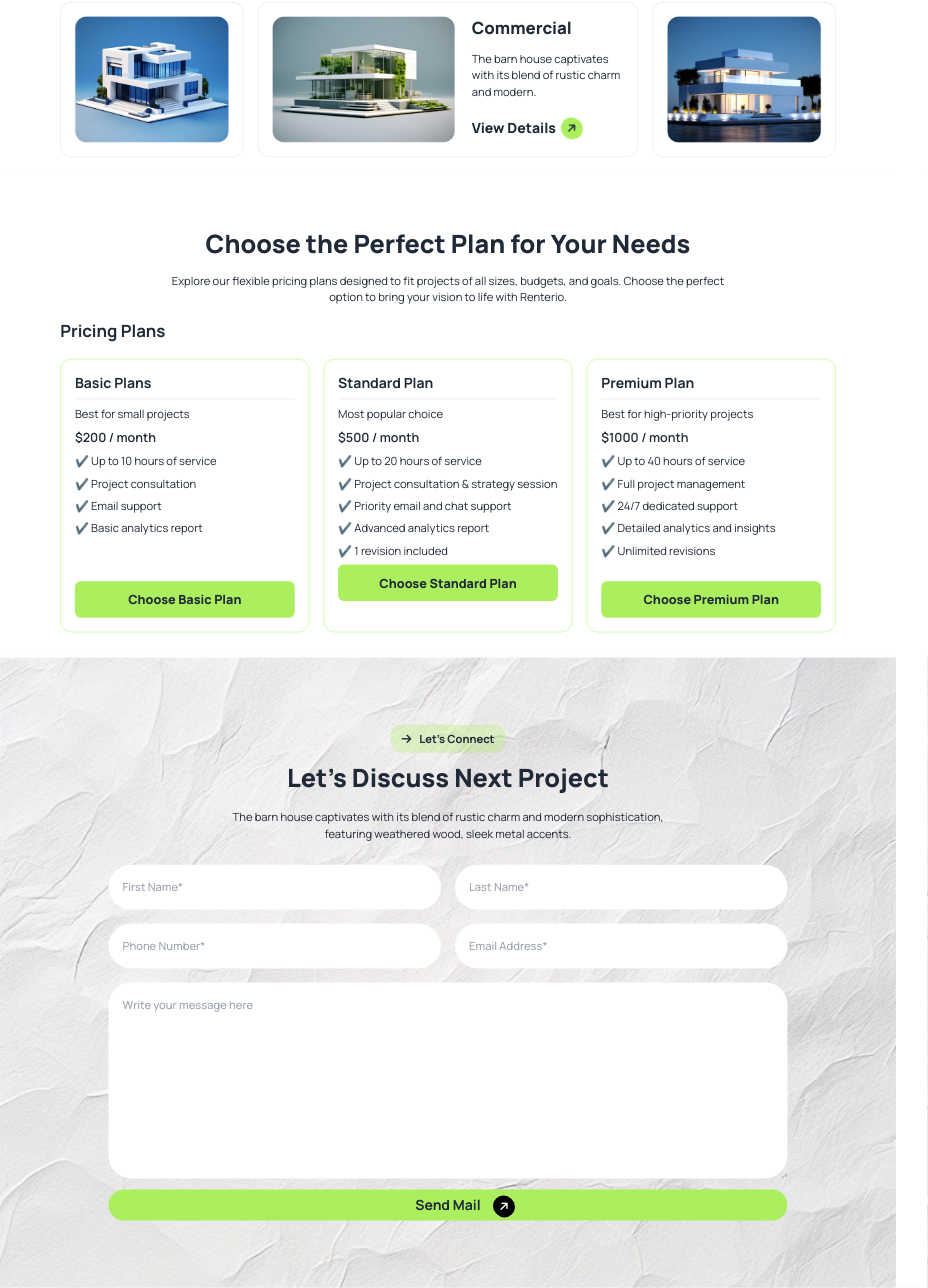
Repository: Tanvir4312/assignment-03
Page: index.html
An editor plug-in stored every save of this project. The page is shown before and after the next save, followed by the edit.
The browser window is 1280 px wide. The page is 1325 px wide, so the pictures cover 1325 px, including what lies to the right of the window. The pictures show the part of the page from y = 2818 to 4658 px (the page is 4658 px tall), at 70% of full size.
Some web libraries are served in a nearby version.

Above is the page before, as saved 2024-10-30 21:25:19.

After the next save:
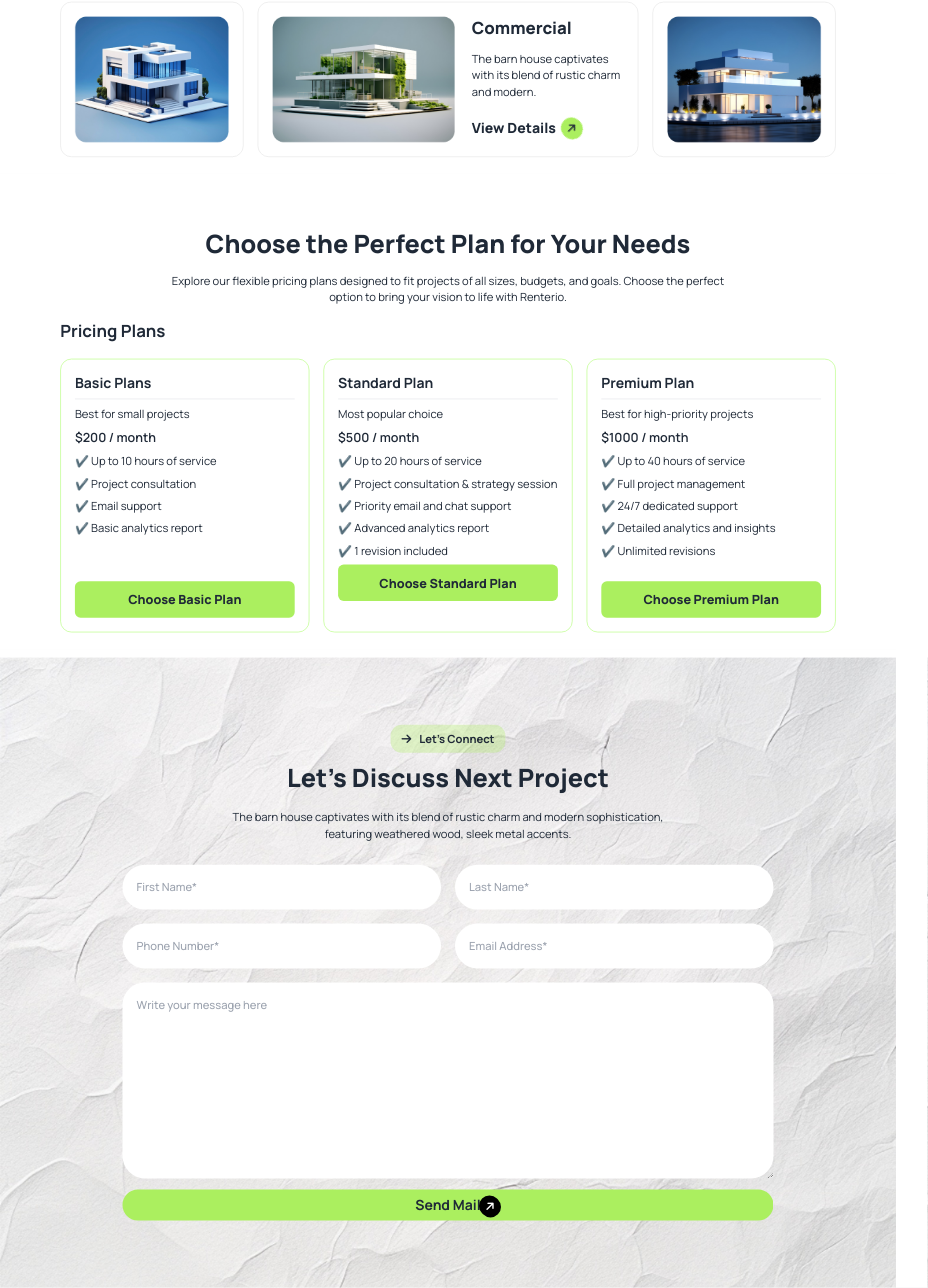
Saved 46 s later.
--- a/index.html
+++ b/index.html
@@ -361,7 +361,7 @@
     </main>
     <!-- Next Project Section -->
     <section class="next-project mt-3">
-        <div class=" md:w-[970px] mx-auto py-7 md:py-24">
+        <div class=" md:w-[970px] mx-auto py-7 md:py-24 px-5">
             <!-- Button -->
             <div class="flex justify-center">
                 <div class="bg-[rgba(171,239,95,0.3)] py-2 px-4 rounded-2xl">
